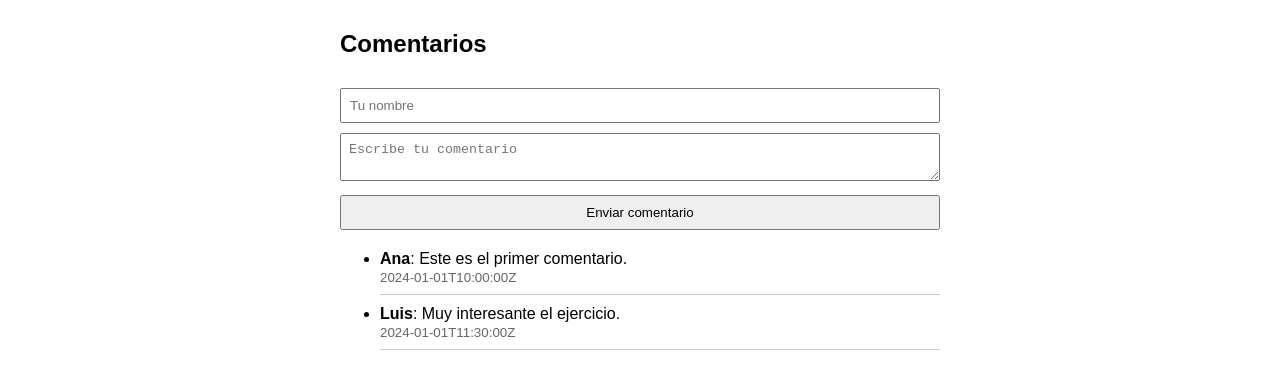
Repository: covaa15/DWEC
Page: Ejer_11/Ejercicio2/index.html
The author's editor kept a copy of each file at every save. The page is drawn from the files as they stood at one save, then again after the next save.
The browser window is 1280 px wide. The pictures show the whole page.

Above is the page before, as saved 2025-12-13 18:17:25.

### Ejer_11/Ejercicio2/index.html
<!DOCTYPE html>
<html lang="es">
<head>
  <meta charset="UTF-8">
  <title>Sistema de Comentarios (Simulado)</title>
  <link rel="stylesheet" href="./css/styles.css">
</head>
<body>

  <div id="seccion-comentarios">
    <h2>Comentarios</h2>

    <!-- Formulario para enviar comentarios -->
    <form id="formulario-comentarios">
      <input type="text" id="autor" placeholder="Tu nombre" required>
      <textarea id="texto-comentario" placeholder="Escribe tu comentario" required></textarea>
      <button type="submit">Enviar comentario</button>
    </form>

    <!-- Lista de comentarios -->
    <ul id="lista-comentarios"></ul>
  </div>

  <script src="./scripts/script.js"></script>
</body>
</html>

### Ejer_11/Ejercicio2/css/styles.css
body {
  font-family: Arial, sans-serif;
  margin: 30px;
}

#seccion-comentarios {
  max-width: 600px;
  margin: auto;
}

form {
  margin-bottom: 20px;
}

input,
textarea,
button {
  width: 100%;
  padding: 8px;
  margin-top: 10px;
  box-sizing: border-box;
}

li {
  margin-bottom: 10px;
  padding-bottom: 8px;
  border-bottom: 1px solid #ccc;
}

small {
  color: #666;
}

### Ejer_11/Ejercicio2/scripts/script.js
const formularioComentarios = document.getElementById("formulario-comentarios");
const listaComentarios = document.getElementById("lista-comentarios");



// Archivo JSON con comentarios iniciales
const URL_COMENTARIOS_INICIALES = "./data/comments_initial.json";

// URL de webhook.site para simular el POST
const URL_WEBHOOK = "https://cors-anywhere.herokuapp.com/https://webhook.site/";



function cargarComentariosIniciales() {
    const xhr = new XMLHttpRequest();

    xhr.open("GET", URL_COMENTARIOS_INICIALES, true);

    xhr.onload = function () {
        if (xhr.status === 200) {
            const comentarios = JSON.parse(xhr.responseText);

            comentarios.forEach(comentario => {
                agregarComentarioALista(comentario);
            });
        } else {
            console.error("Error al cargar los comentarios iniciales");
        }
    };

    xhr.onerror = function () {
        console.error("Error de red al cargar los comentarios");
    };

    xhr.send();
}


function agregarComentarioALista(comentario) {
    const elementoLista = document.createElement("li");

    elementoLista.innerHTML = `
        <strong>${comentario.author}</strong>:
        ${comentario.commentText}
        <br>
        <small>${comentario.timestamp}</small>
    `;

    listaComentarios.appendChild(elementoLista);
}



formularioComentarios.addEventListener("submit", function (evento) {
    // Evitamos que el formulario recargue la página
    evento.preventDefault();

    // Obtener datos del formulario
    const autor = document.getElementById("autor").value;
    const textoComentario = document.getElementById("texto-comentario").value;

    // Crear el objeto comentario
    const nuevoComentario = {
        author: autor,
        commentText: textoComentario,
        timestamp: new Date().toISOString()
    };

    // Crear petición POST
    const xhr = new XMLHttpRequest();
    xhr.open("POST", URL_WEBHOOK, true);
    xhr.setRequestHeader("Content-Type", "application/json");

    xhr.onload = function () {
        if (xhr.status >= 200 && xhr.status < 300) {
            // Simular actualización en tiempo real
            agregarComentarioALista(nuevoComentario);

            // Limpiar formulario
            formularioComentarios.reset();
        } else {
            console.error("Error al enviar el comentario");
        }
    };

    xhr.onerror = function () {
        console.error("Error de red al enviar el comentario");
    };

    // Enviar comentario en formato JSON
    xhr.send(JSON.stringify(nuevoComentario));
});



// Cargar comentarios al iniciar la página
cargarComentariosIniciales();

### Ejer_11/Ejercicio2/data/comments_initial.json
[
  {
      "author": "Ana",
      "commentText": "Este es el primer comentario.",
      "timestamp": "2024-01-01T10:00:00Z"
  },
  {
      "author": "Luis",
      "commentText": "Muy interesante el ejercicio.",
      "timestamp": "2024-01-01T11:30:00Z"
  }
]

After the next save:
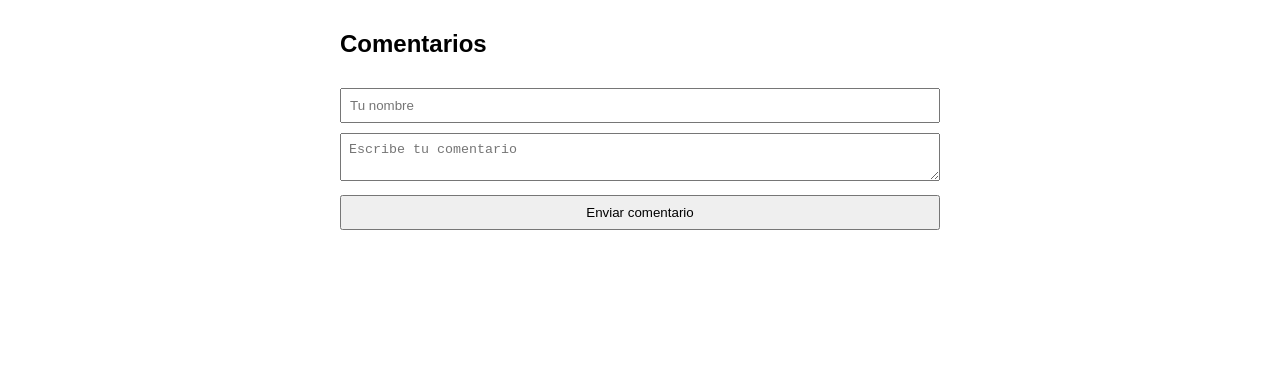
Console error: SyntaxError: Invalid left-hand side in assignment
Saved 63 min 10 s later.
--- a/Ejer_11/Ejercicio2/scripts/script.js
+++ b/Ejer_11/Ejercicio2/scripts/script.js
@@ -1,97 +1,120 @@
-const formularioComentarios = document.getElementById("formulario-comentarios");
-const listaComentarios = document.getElementById("lista-comentarios");
+let comentarios;
 
 
 
-// Archivo JSON con comentarios iniciales
-const URL_COMENTARIOS_INICIALES = "./data/comments_initial.json";
-
-// URL de webhook.site para simular el POST
-const URL_WEBHOOK = "https://cors-anywhere.herokuapp.com/https://webhook.site/";
-
+function init() {
+    cargarComentariosIniciales();
+}
 
 
 function cargarComentariosIniciales() {
-    const xhr = new XMLHttpRequest();
+    const request = new XMLHttpRequest();
+    request.open('GET', './comments_initial.json', true);
+    request.responseType = 'json';
+    request.setRequestHeader('Accept', 'application/json');
 
-    xhr.open("GET", URL_COMENTARIOS_INICIALES, true);
-
-    xhr.onload = function () {
-        if (xhr.status === 200) {
-            const comentarios = JSON.parse(xhr.responseText);
-
-            comentarios.forEach(comentario => {
-                agregarComentarioALista(comentario);
-            });
+    request.onload = () => {
+        if (request.status === 200) {
+            comentarios = request.response;
+            renderizarComentarios();
         } else {
             console.error("Error al cargar los comentarios iniciales");
         }
     };
 
-    xhr.onerror = function () {
+    request.onerror = () => {
         console.error("Error de red al cargar los comentarios");
     };
 
-    xhr.send();
+    request.send();
+}
+
+function renderizarComentarios() {
+    const lista = document.getElementById('lista-comentarios');
+    lista.innerHTML = ""; // Limpiar lista
+    comentarios.forEach((comentario, index) => {
+        const li = document.createElement('li');
+        li.id = `comentario-${index}`;
+        li.innerHTML = `
+            <span class="autor">${comentario.author}</span>:
+            <span class="texto">${comentario.commentText}</span>
+            <br><small>${comentario.timestamp}</small>
+        `;
+        lista.appendChild(li);
+
+        // Hacer clic en spans para editar
+        li.querySelectorAll('span').forEach(span => {
+            span.addEventListener('click', () => {
+                cambiarAInput(span, index);
+            });
+        });
+    });
 }
 
 
-function agregarComentarioALista(comentario) {
-    const elementoLista = document.createElement("li");
+function cambiarAInput(span, index) {
+    const input = document.createElement('input');
+    input.type = 'text';
+    input.value = span.textContent;
+    span.replaceWith(input);
+    input.focus();
 
-    elementoLista.innerHTML = `
-        <strong>${comentario.author}</strong>:
-        ${comentario.commentText}
-        <br>
-        <small>${comentario.timestamp}</small>
-    `;
-
-    listaComentarios.appendChild(elementoLista);
+    input.addEventListener('blur', () => {
+        cambiarASpan(input, index, span.className);
+    });
 }
 
 
+function cambiarASpan(input, index, clase) {
+    const span = document.createElement('span');
+    span.textContent = input.value;
+    span.className = clase;
+    input.replaceWith(span);
 
-formularioComentarios.addEventListener("submit", function (evento) {
-    // Evitamos que el formulario recargue la página
-    evento.preventDefault();
+    // Guardar cambios en el objeto global
+    if (clase === 'autor') comentarios[index].author = input.value;
+    if (clase === 'texto') comentarios[index].commentText = input.value;
 
-    // Obtener datos del formulario
-    const autor = document.getElementById("autor").value;
-    const textoComentario = document.getElementById("texto-comentario").value;
+    span.addEventListener('click', () => {
+        cambiarAInput(span, index);
+    });
+}
 
-    // Crear el objeto comentario
-    const nuevoComentario = {
-        author: autor,
-        commentText: textoComentario,
-        timestamp: new Date().toISOString()
-    };
 
-    // Crear petición POST
-    const xhr = new XMLHttpRequest();
-    xhr.open("POST", URL_WEBHOOK, true);
-    xhr.setRequestHeader("Content-Type", "application/json");
+function mandarDatos() {
+    document.querySelector('button').disabled = true;
 
-    xhr.onload = function () {
-        if (xhr.status >= 200 && xhr.status < 300) {
-            // Simular actualización en tiempo real
-            agregarComentarioALista(nuevoComentario);
+    const request = new XMLHttpRequest();
+    const URL_WEBHOOK = "https://cors-anywhere.herokuapp.com/https://webhook.site/TU_UNIQUE_URL";
+    request.open('POST', URL_WEBHOOK, true);
+    request.setRequestHeader('Content-Type', 'application/json');
+    request.send(JSON.stringify(comentarios));
 
-            // Limpiar formulario
-            formularioComentarios.reset();
+    request.onload = () => {
+        if (request.status >= 200 && request.status < 300) {
+            console.log("Comentarios enviados correctamente al webhook");
+            document.querySelector('button').disabled = false;
+            document.querySelector('#msj-confirmar')?.hidden = false;
+            document.querySelector('#msj-error')?.hidden = true;
         } else {
-            console.error("Error al enviar el comentario");
+            console.error("Error al enviar los comentarios");
+            document.querySelector('button').disabled = false;
+            document.querySelector('#msj-confirmar')?.hidden = true;
+            document.querySelector('#msj-error')?.hidden = false;
         }
     };
 
-    xhr.onerror = function () {
-        console.error("Error de red al enviar el comentario");
+    request.onerror = () => {
+        console.error("Error de red al enviar los comentarios");
+        document.querySelector('button').disabled = false;
+        document.querySelector('#msj-confirmar')?.hidden = true;
+        document.querySelector('#msj-error')?.hidden = false;
     };
-
-    // Enviar comentario en formato JSON
-    xhr.send(JSON.stringify(nuevoComentario));
-});
+}
 
 
+document.addEventListener('DOMContentLoaded', () => {
+    init();
 
-// Cargar comentarios al iniciar la página
-cargarComentariosIniciales();
+    document.querySelector('button').addEventListener('click', mandarDatos);
+});
